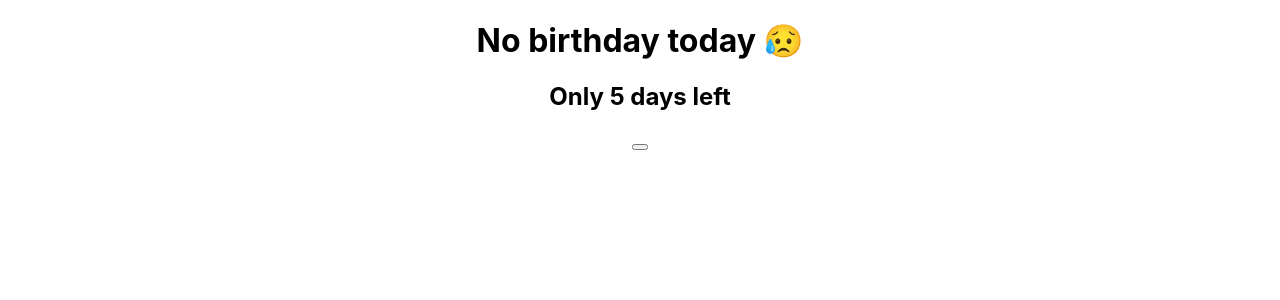
Repository: David-Waite/HannahsBirthdayWebsite
Page: /
These files come from the project's save history. The page is drawn as it stood at one moment and after the next save; the edit follows.
The browser window is 1280 px wide. The pictures show the whole page.
The project was rebuilt for these pictures with package versions that can differ from the ones it lists, and the page was loaded fresh each time.

Above is the page before, as saved 2023-03-30 17:53:42.

### src/App.js
import "./App.css";

import Confetti from "react-confetti";

import { useState } from "react";

function App() {
  const [confetti, setConfetti] = useState(null);

  function isBirthdayToday() {
    const date = new Date();
    if (date.getMonth() === 3 && date.getDate() === 5) {
      return true;
    }
    return false;
  }

  function rainConfetti() {
    if (isBirthdayToday()) {
      setConfetti(true);
      buttonText = "Confetti time!";
    } else {
      buttonText = "No!";
    }
  }

  function getDaysUntilBirthday() {
    const date = new Date();
    const hannahBday = new Date(date.getFullYear(), 3, 5);
    const oneDay = 1000 * 60 * 60 * 24;

    const daysUntilBirthday =
      Math.ceil(hannahBday.getTime() - date.getTime()) / oneDay;
    return daysUntilBirthday;
  }

  let buttonText = "";

  // 5th april
  let birthdayText;
  if (isBirthdayToday()) {
    birthdayText = <h1>Happy birthday!🥳</h1>;
  } else {
    birthdayText = (
      <>
        <h1>No birthday today 😥</h1>
        <h2>Only {Math.floor(getDaysUntilBirthday())} days left</h2>
      </>
    );
  }
  console.log(isBirthdayToday());
  const date = new Date();

  return (
    <div className="App">
      {confetti && <Confetti />}

      {birthdayText}
      <button onClick={rainConfetti}>{buttonText}</button>
    </div>
  );
}

export default App;

Loaded but not shown: public/index.html (common file); src/index.js (common file); src/index.css (common file); src/reportWebVitals.js (common file); src/App.css (common file)

After the next save:
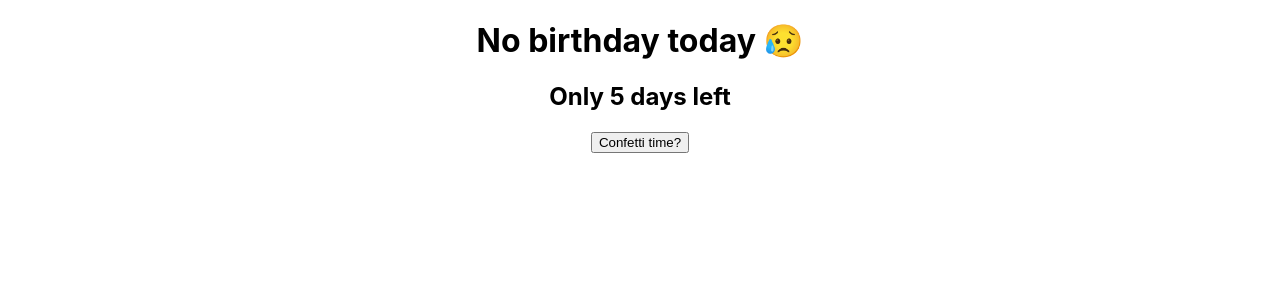
Saved 6 s later.
--- a/src/App.js
+++ b/src/App.js
@@ -34,7 +34,7 @@ function App() {
     return daysUntilBirthday;
   }
 
-  let buttonText = "";
+  let buttonText = "Confetti time?";
 
   // 5th april
   let birthdayText;
